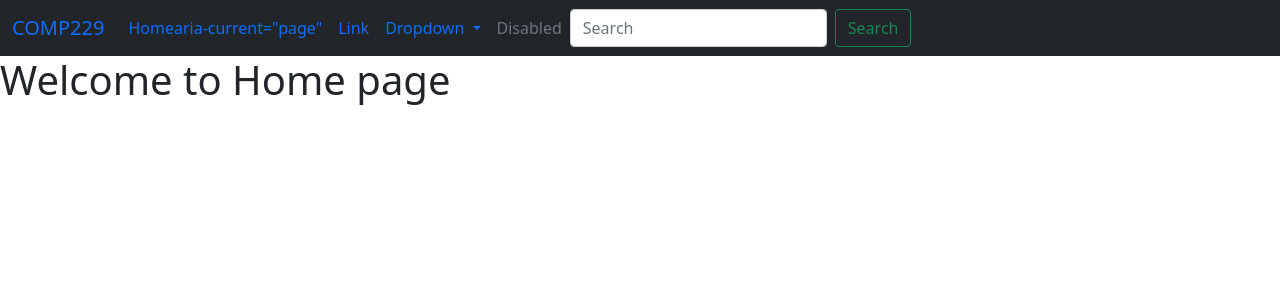
Repository: kiruriluap/COMP229-M2022-Labs
Page: http://localhost/
An editor plug-in stored every save of this project. The page is shown before and after the next save, followed by the edit.
The browser window is 1280 px wide. The pictures show the whole page.
The page is served by the project's Node server (server.js).

Above is the page before, as saved 2022-05-28 17:23:19.

After the next save:
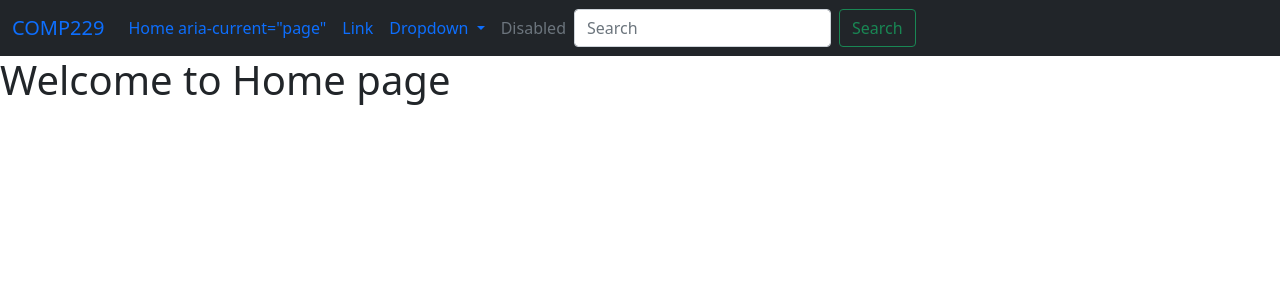
Saved 5 s later.
--- a/week3-6 Partials - Copy - Copy/views/index.ejs
+++ b/week3-6 Partials - Copy - Copy/views/index.ejs
@@ -22,7 +22,7 @@
       <div class="collapse navbar-collapse" id="navbarSupportedContent">
         <ul class="navbar-nav mr-auto mb-2 mb-lg-0">
           <li class="nav-item active">
-            <a class="nav-link active" href="#">Homearia-current="page" </a>
+            <a class="nav-link active" href="#">Home aria-current="page" </a>
           </li>
           <li class="nav-item">
             <a class="nav-link" href="#">Link</a>
